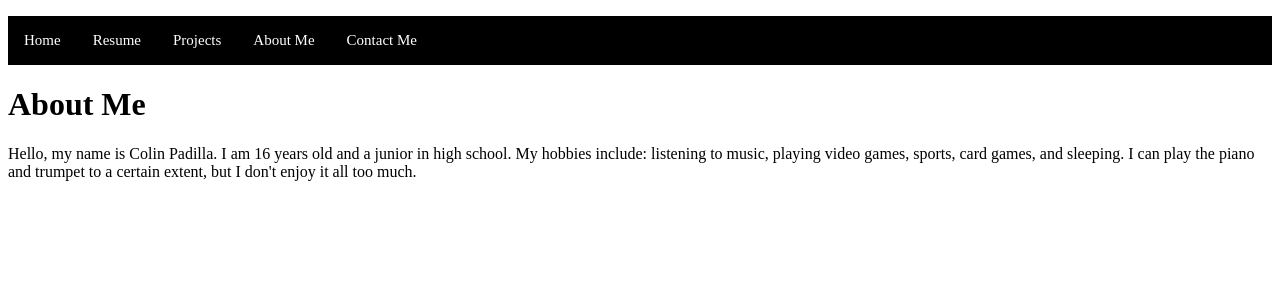
Repository: Coli-Pixel/Coli-Pixel.github.io
Page: about-me.html
The author's editor kept a record of every edit. The page is drawn from the files as they stood at one moment, then again after the next edit.
The browser window is 1280 px wide. The pictures show the whole page.

Above is the page before.

### about-me.html
<!DOCTYPE html>
<html>
    <head>
        <title>About Me</title>
        <link rel="stylesheet" type="text/css" href="style.css">
    </head>
    <body>
        <ul class="navbar">
            <li ><a href="/index.html">Home</a></li>
            <li><a href="/resume.html">Resume</a></li>
            <li class = "dropdown">
                <div>Projects</div>
                <ul class="dropdown-content">
                    <li><a href="#">Project 1</a></li>
                    <li><a href="#">Project 2</a></li>
                    <li><a href="#">Project 3</a></li>
                </ul>
            </li>
            <li><a href="/about-me.html">About Me</a></li>
            <li><a href="/contact-me.html">Contact Me</a></li>
        </ul>
        <h1>About Me</h1>
        <p></p>
        <p>Hello, my name is Colin Padilla. I am 16 years old and a junior in high school. My hobbies include: listening to music, playing video games, sports, card games, and sleeping. I can play the piano and trumpet to a certain extent, but I don't enjoy it all too much.</p>
    </body>
</html>

### style.css
            .navbar{
                list-style: none;
                background-color: black;
                overflow: hidden;
                padding: 0;
            }
            .navbar a, .dropdown div{
                text-decoration: none;
                color: white;
                font-size: 15px;
                padding:16px;
                display:inline-block;
            }
            .navbar li{
                float: left;
            }
            .navbar li:hover{
                background-color:goldenrod;
            }
            .dropdown-content{
                list-style:none;
                display: none;
                padding:0;
                position:absolute;
                z-index: 2;
                background-color: goldenrod;
            }
            .dropdown-content li{
                float:none;
                padding: 0;
            }
            .dropdown-content li:hover{
                background-color:red;
            }
            .dropdown:hover .dropdown-content{
                display:block;
            }
            .active{
                background-color: green;
            }

After the next edit:
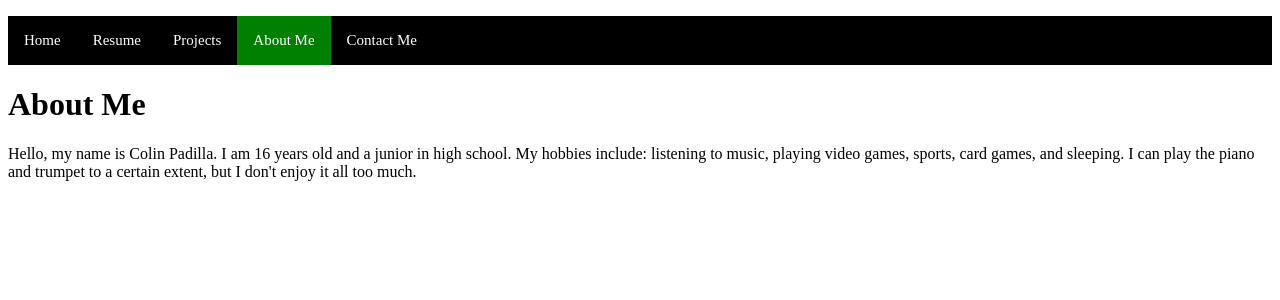
The edit:
--- a/about-me.html
+++ b/about-me.html
@@ -16,7 +16,7 @@
                     <li><a href="#">Project 3</a></li>
                 </ul>
             </li>
-            <li><a href="/about-me.html">About Me</a></li>
+            <li class="active"><a href="/about-me.html">About Me</a></li>
             <li><a href="/contact-me.html">Contact Me</a></li>
         </ul>
         <h1>About Me</h1>
